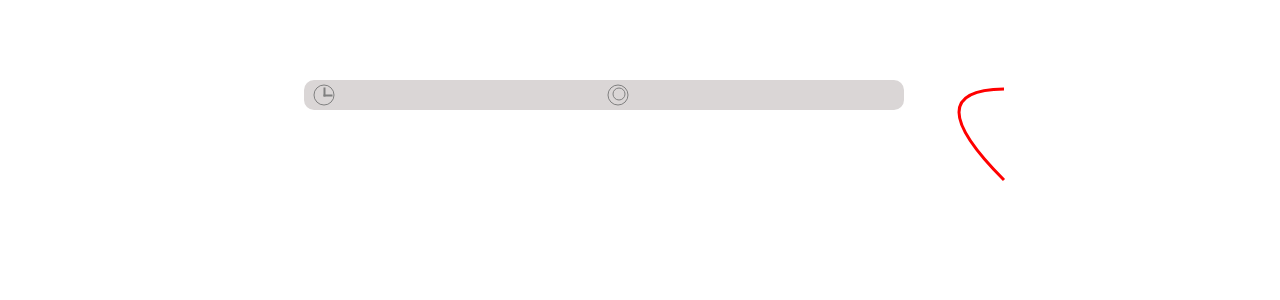
Repository: Gaj123-coder/emoji-search-app
Page: /
An editor plug-in stored every save of this project. The page is shown before and after the next save, followed by the edit.
The browser window is 1280 px wide. The pictures show the whole page.
The project was rebuilt for these pictures with package versions that can differ from the ones it lists, and the page was loaded fresh each time.

Above is the page before, as saved 2021-10-30 19:29:38.

After the next save:
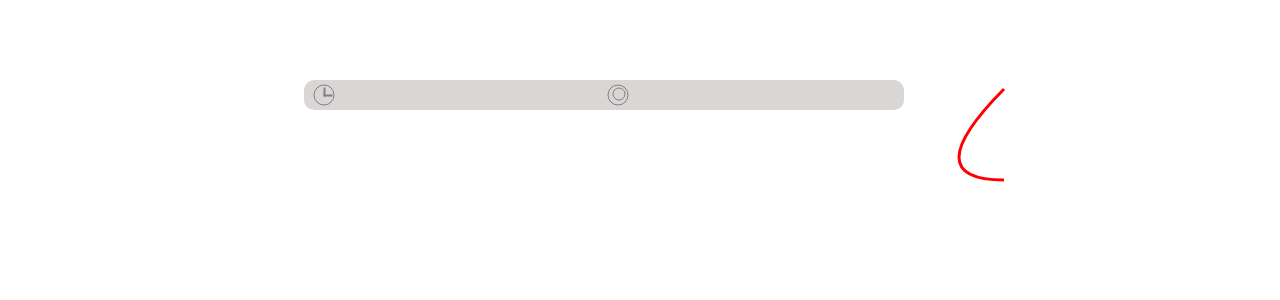
Saved 4 s later.
--- a/src/App.js
+++ b/src/App.js
@@ -18,7 +18,7 @@ function App() {
       </div>
       <div>
        <svg>
-         <path d="M100 9 Q10 10 100 100" stroke="red" strokeWidth="3" fill="none"/>
+         <path d="M100 9 Q10 100 100 100" stroke="red" strokeWidth="3" fill="none"/>
        </svg>
       </div>
     </div>
